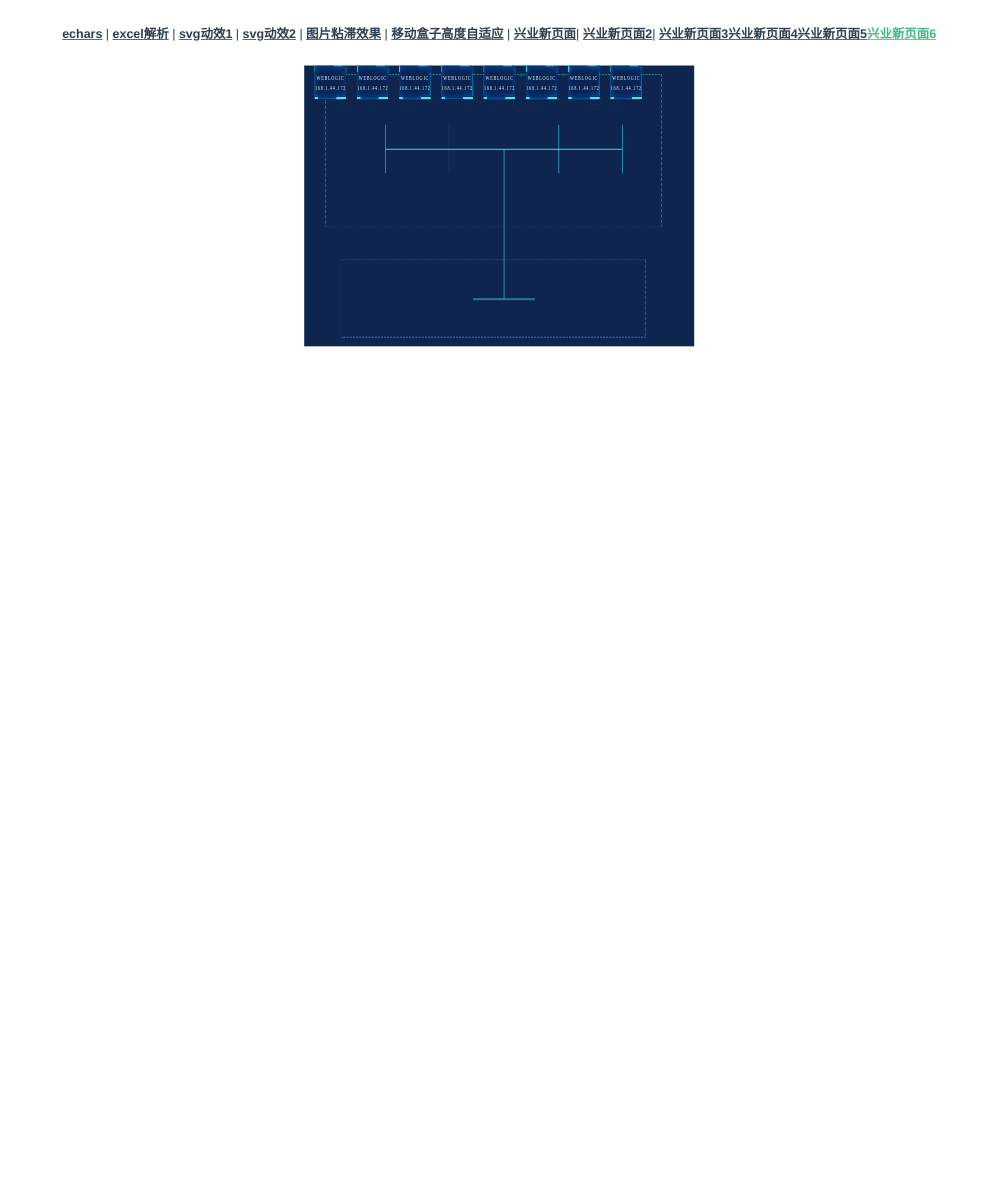
Repository: dmj199811/animation-dmj
Page: /#/work-page8
An editor plug-in stored every save of this project. The page is shown before and after the next save, followed by the edit.
The browser window is 1280 px wide. The pictures show the whole page, at 78% of full size.
The project was rebuilt for these pictures with package versions that can differ from the ones it lists, and the page was loaded fresh each time.

Above is the page before, as saved 2020-07-03 17:52:02.

After the next save:
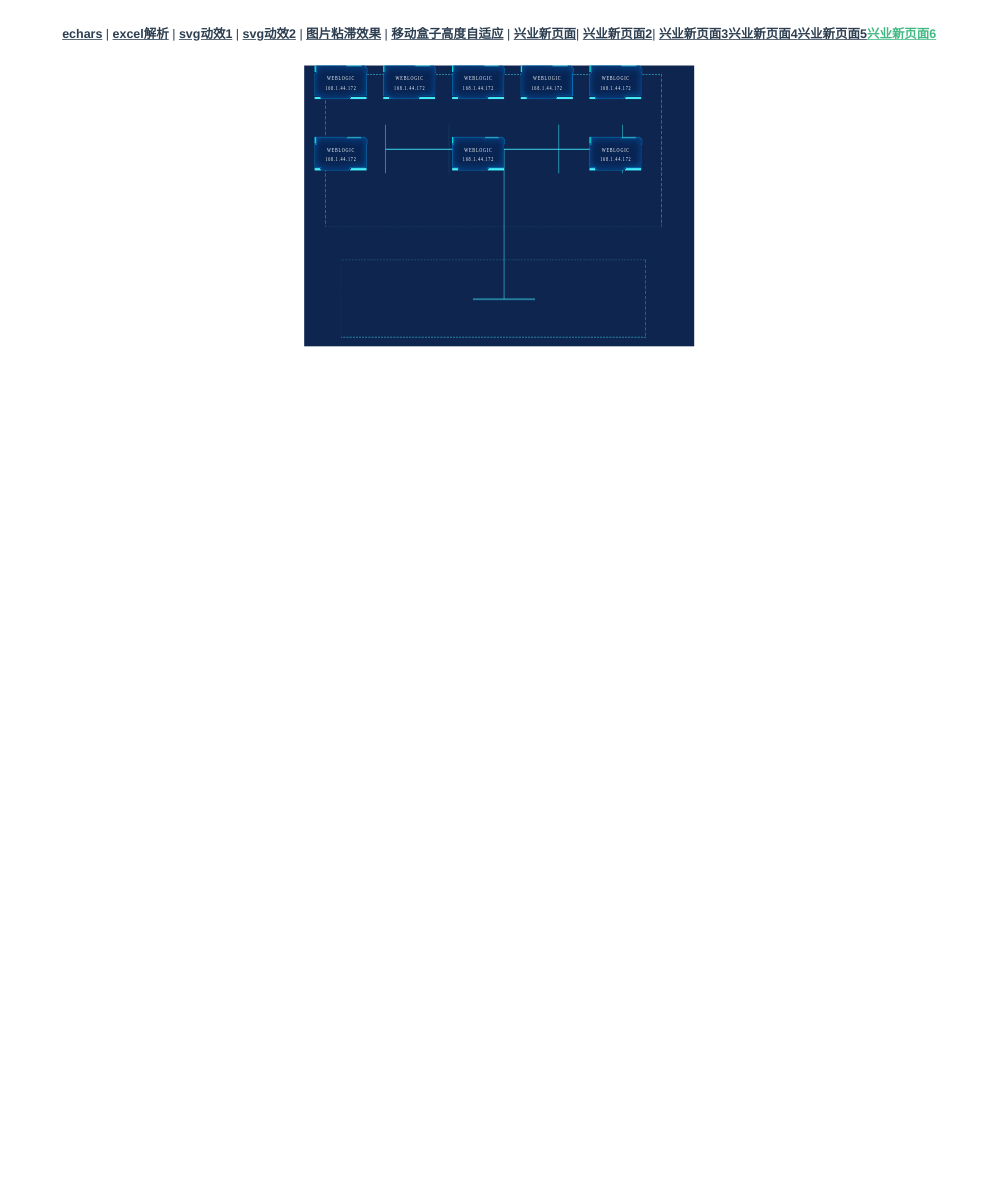
Saved 29 s later.
--- a/src/views/newPage6/index.vue
+++ b/src/views/newPage6/index.vue
@@ -124,7 +124,7 @@ export default {
   height: 100%;
   display: flex;
   justify-content: space-between;
-
+  flex-wrap: wrap;
 }
 
 .use-box-top-item {
